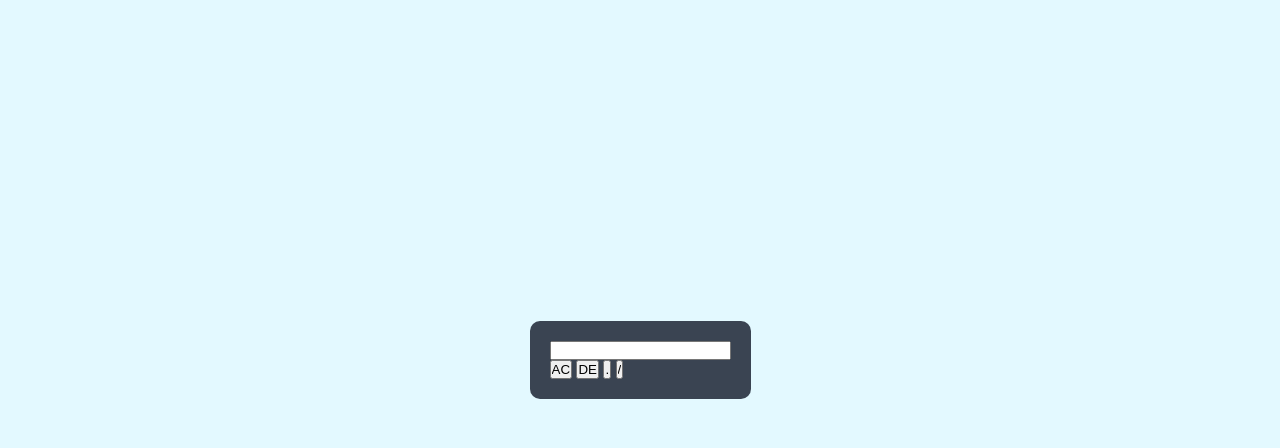
Repository: YAAMAR/calculator
Page: index.html
These files come from the project's save history. The page is drawn as it stood at one moment and after a run of saves; the edit follows.
The browser window is 1280 px wide. The pictures show the whole page.

Above is the page before, as saved 2024-05-02 21:26:20.

After the next 3 saves:
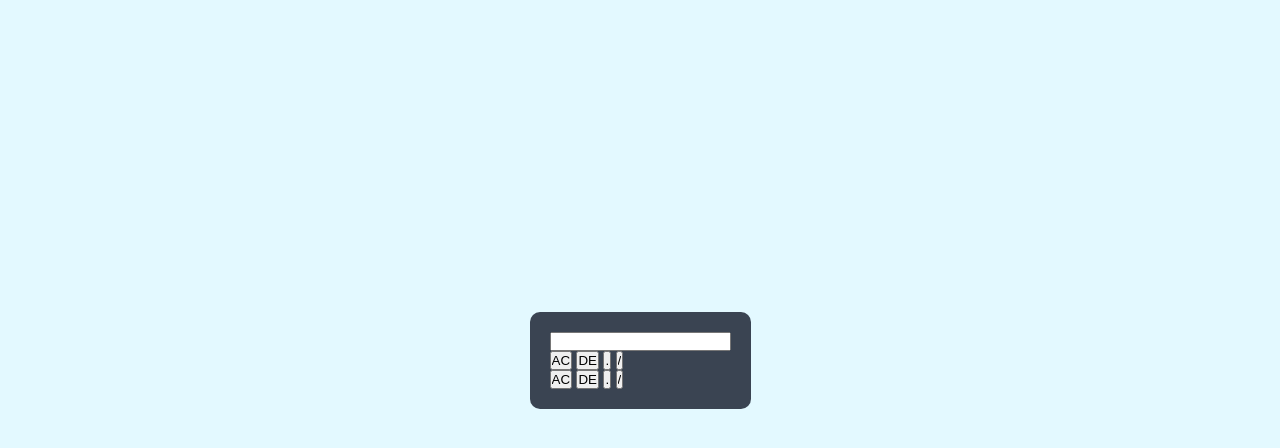
The 3 saves are shown as one change because they came seconds apart.
The last was saved 9 s later.
--- a/index.html
+++ b/index.html
@@ -19,7 +19,12 @@
                     <input type="button" value="DE">
                     <input type="button" value=".">
                     <input type="button" value="/">
-
+                    <div>
+                        <input type="button" value="AC">
+                        <input type="button" value="DE">
+                        <input type="button" value=".">
+                        <input type="button" value="/">
+                    </div>
                 </div>
             </form>
         </div>
